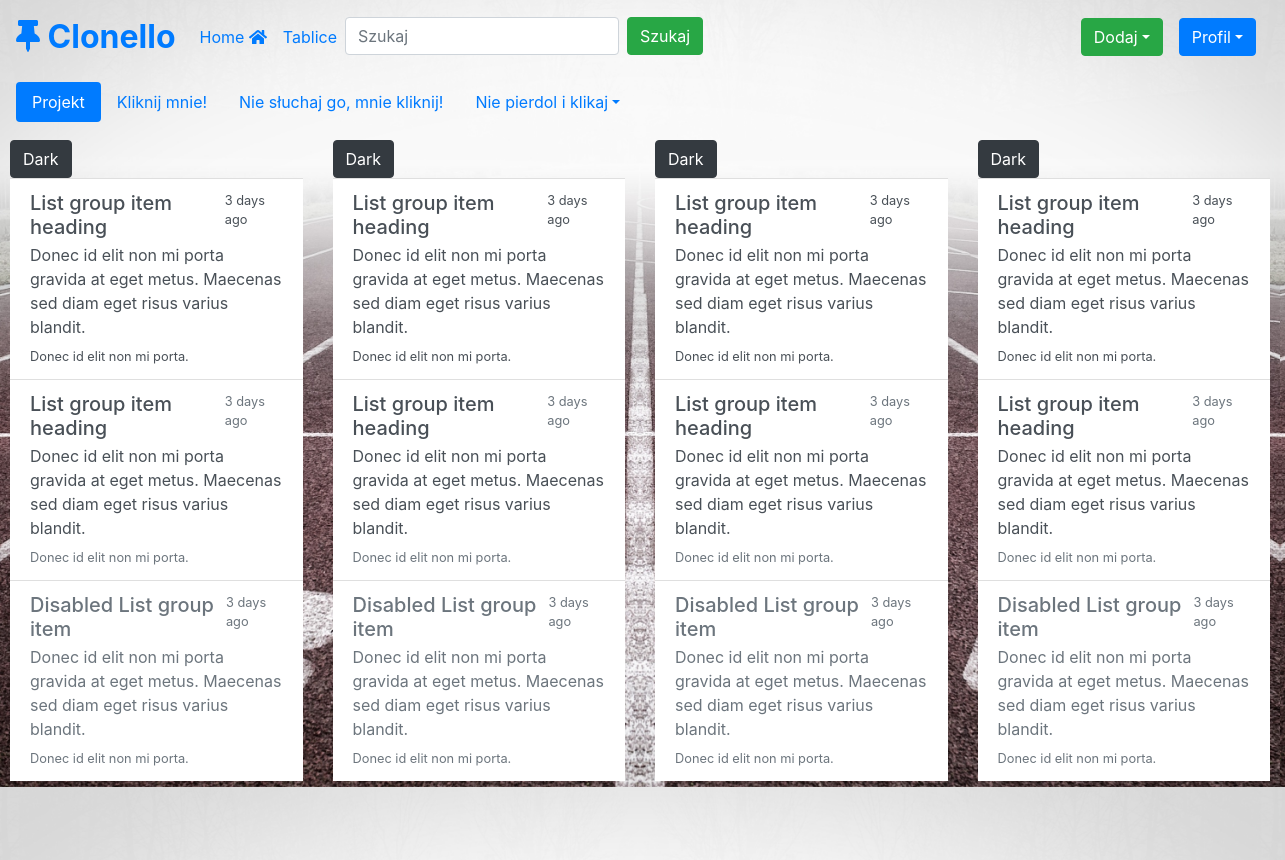
Repository: jnehlt/PAW-lab
Page: / (app in Frontend/clonello/)
An editor plug-in stored every save of this project. The page is shown before and after the next save, followed by the edit.
The browser window is 1280 px wide. The page is 1285 px wide, so the pictures cover 1285 px, including what lies to the right of the window. The pictures show the whole page.
The project was rebuilt for these pictures with package versions that can differ from the ones it lists, and the page was loaded fresh each time.

Above is the page before, as saved 2020-04-24 23:49:55.

After the next save:
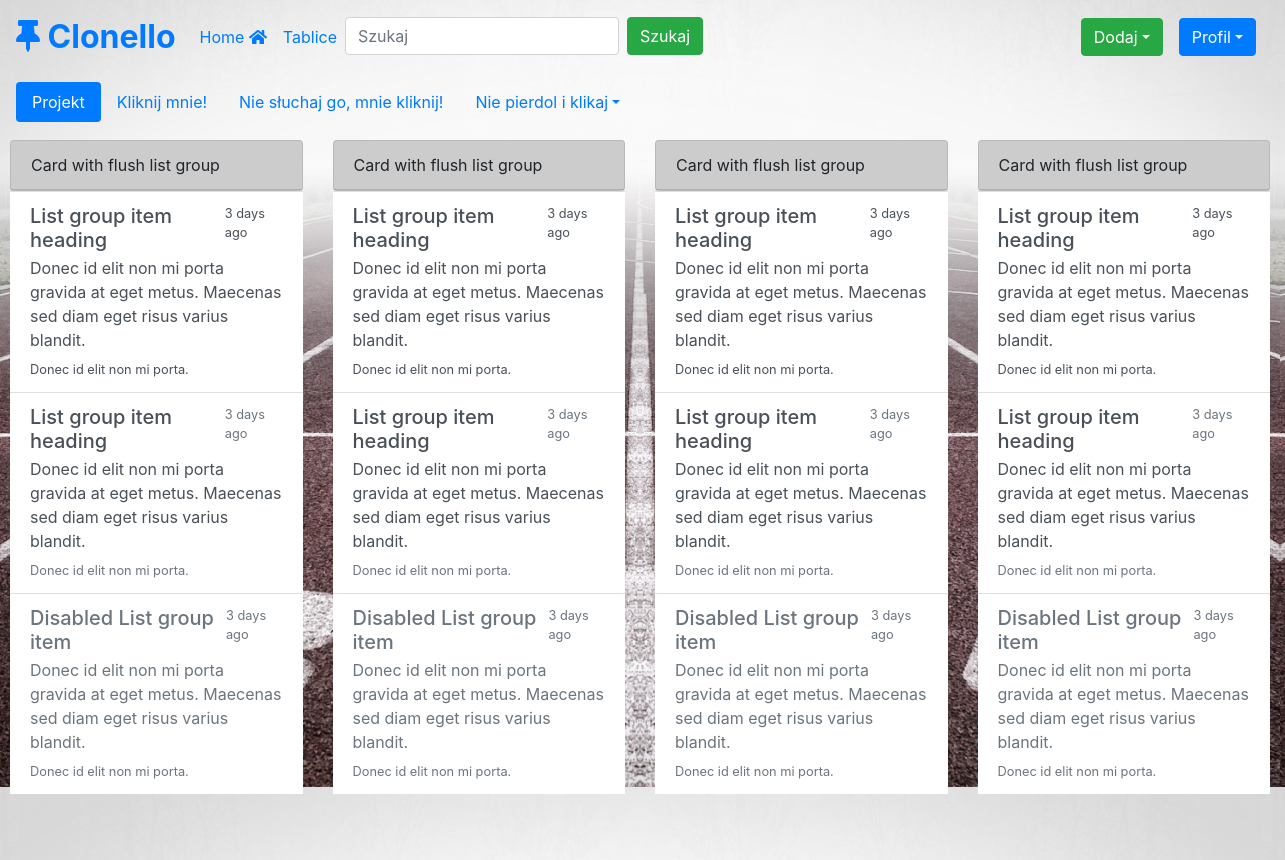
Saved 9 s later.
--- a/Frontend/clonello/src/components/MainCard.vue
+++ b/Frontend/clonello/src/components/MainCard.vue
@@ -1,6 +1,6 @@
 <template>
         <div class="col-3 col-md-3 col-sm-3">
-            <b-card id="duties-card" no-body header="Card with flush list group" <b-button variant="dark">Dark</b-button>
+            <b-card id="duties-card" no-body header="Card with flush list group"></b-card>
                 <b-list-group flush="">
                     <b-list-group-item href="#" class="flex-column align-items-start">
                         <div class="d-flex w-100 justify-content-between">
